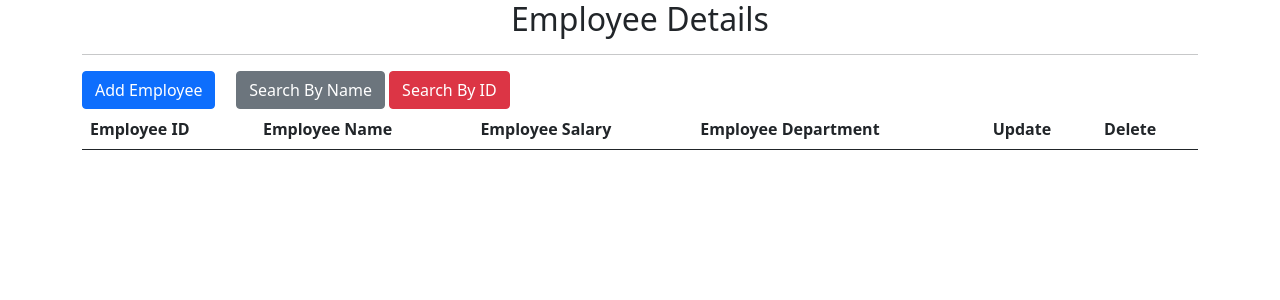
Repository: bhatideepak599/JspServlets
Page: http://localhost/10-student-mvc-db/Student
The author's editor kept a copy of each file at every save. The page is drawn from the files as they stood at one save, then again after the next save.
The browser window is 1280 px wide. The pictures show the whole page.
The page is served by Tomcat 9. Queries for data that is not in the repository find no rows.

Above is the page before, as saved 2024-07-18 18:16:15.

After the next save:
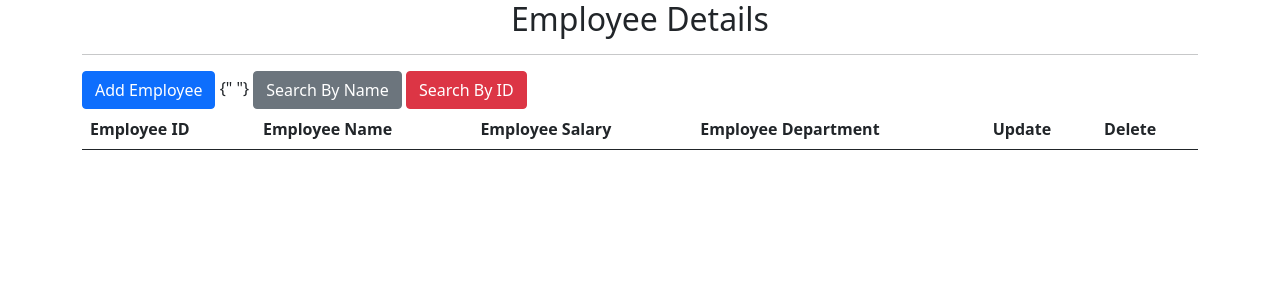
Saved 65 s later.
--- a/10-student-mvc-db/WebContent/empFile.jsp
+++ b/10-student-mvc-db/WebContent/empFile.jsp
@@ -33,7 +33,7 @@
 
 		<hr>
 		<a href="add-Employee.jsp" class="btn btn-primary">Add Employee</a>
-		&nbsp;&nbsp;&nbsp;
+			{"                           "}
 		 <a href="serach-Employee-by-name.jsp" class="btn btn-secondary">Search By Name</a>
 	<a href="search-Employee-by-id.jsp" class="btn btn-danger">Search By ID</a>
 		<table class="table table-striped">
